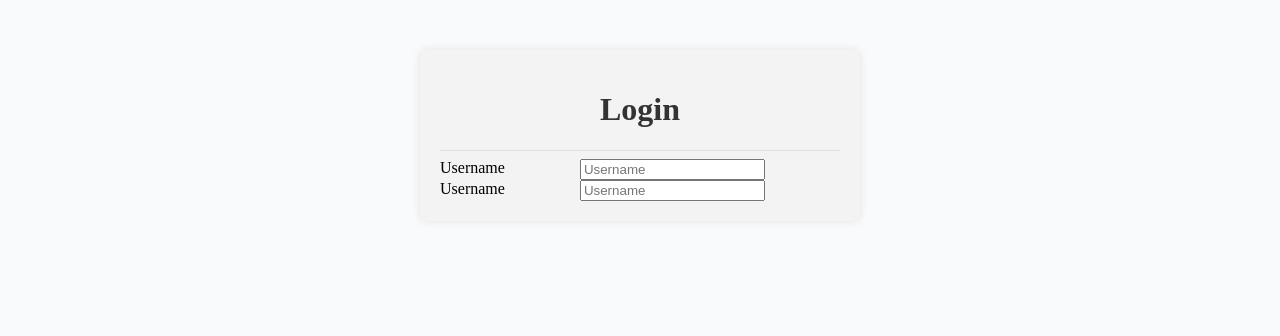
Repository: Ndifoinhilary/authentication
Page: http://localhost/auth/register/
The author's editor kept a copy of each file at every save. The page is drawn from the files as they stood at one save, then again after the next save.
The browser window is 1280 px wide. The pictures show the whole page.
The page is served by the project's application, run on Django 3.2 (manage.py).

Above is the page before, as saved 2024-01-05 06:29:27.

After the next save:
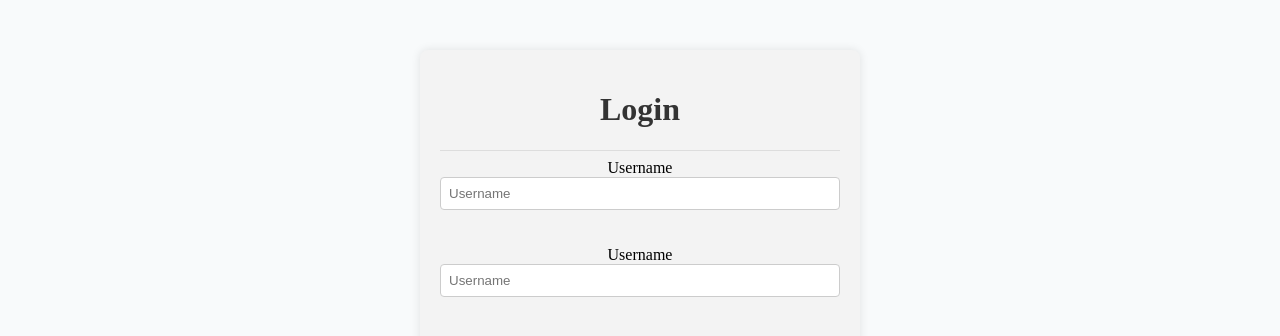
Saved 3 min 10 s later.
--- a/static/css/register.css
+++ b/static/css/register.css
@@ -28,6 +28,41 @@ hr {
 }
 
 .lable{
-    float: left;
+
+}
+
+.input {
+    margin-bottom: 20px;
+}
+
+.label {
     display: block;
+    margin-bottom: 5px;
+    font-weight: bold;
 }
+
+.form-control {
+    width: 100%;
+    padding: 8px;
+    border: 1px solid #ccc;
+    border-radius: 4px;
+    box-sizing: border-box;
+}
+
+.mb-4 {
+    margin-bottom: 16px;
+}
+
+.btn {
+    background-color: #007bff;
+    color: #fff;
+    padding: 10px 20px;
+    border: none;
+    border-radius: 4px;
+    cursor: pointer;
+    font-size: 16px;
+}
+
+.btn:hover {
+    background-color: #0056b3;
+}
